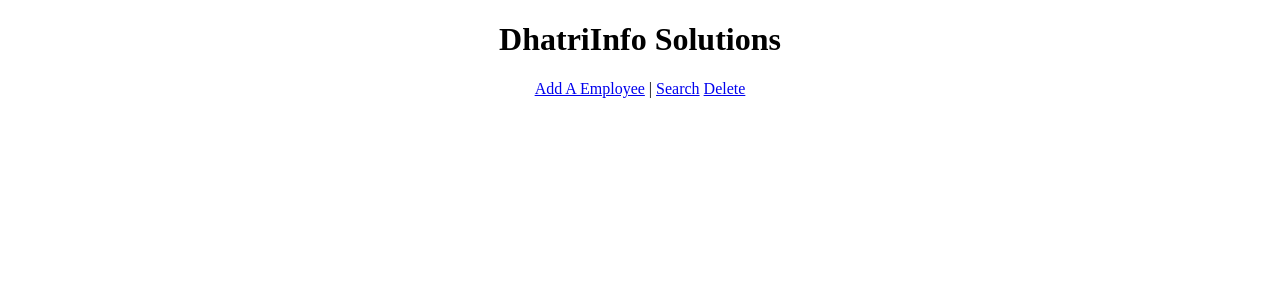
Repository: sravaninallapati1/java1
Page: JSP/WebContent/index.html
These files come from the project's save history. The page is drawn as it stood at one moment and after the next save; the edit follows.
The browser window is 1280 px wide. The pictures show the whole page.

Above is the page before, as saved 2016-12-20 15:20:23.

### JSP/WebContent/index.html
<!DOCTYPE html>
<html>
<head>
<meta charset="ISO-8859-1">
<title>Insert title here</title>
</head>
<body>
<div align="center">
<h1>DhatriInfo Solutions</h1>
<!-- <form action="sampleServlet" method="post">
Enter Your name<input type="text" name="userName">

<input type="submit" value="Go">

</form> -->

<a href="Reg.jsp">Add A Employee</a> |
<a href="Search.jsp">Search</a>
<a href="delete.jsp">Delete</a>

</div>

</body>
</html>

After the next save:
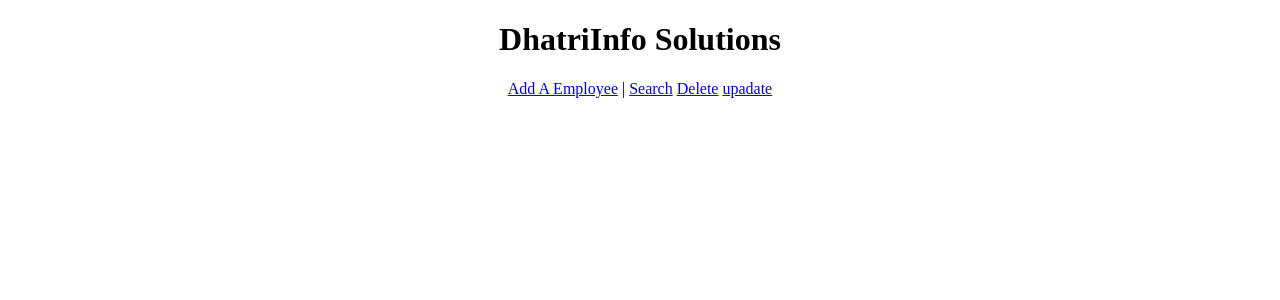
Saved 73 s later.
--- a/JSP/WebContent/index.html
+++ b/JSP/WebContent/index.html
@@ -17,7 +17,7 @@ Enter Your name<input type="text" name="userName">
 <a href="Reg.jsp">Add A Employee</a> |
 <a href="Search.jsp">Search</a>
 <a href="delete.jsp">Delete</a>
-
+<a href="upadate.jsp">upadate</a>
 </div>
 
 </body>
